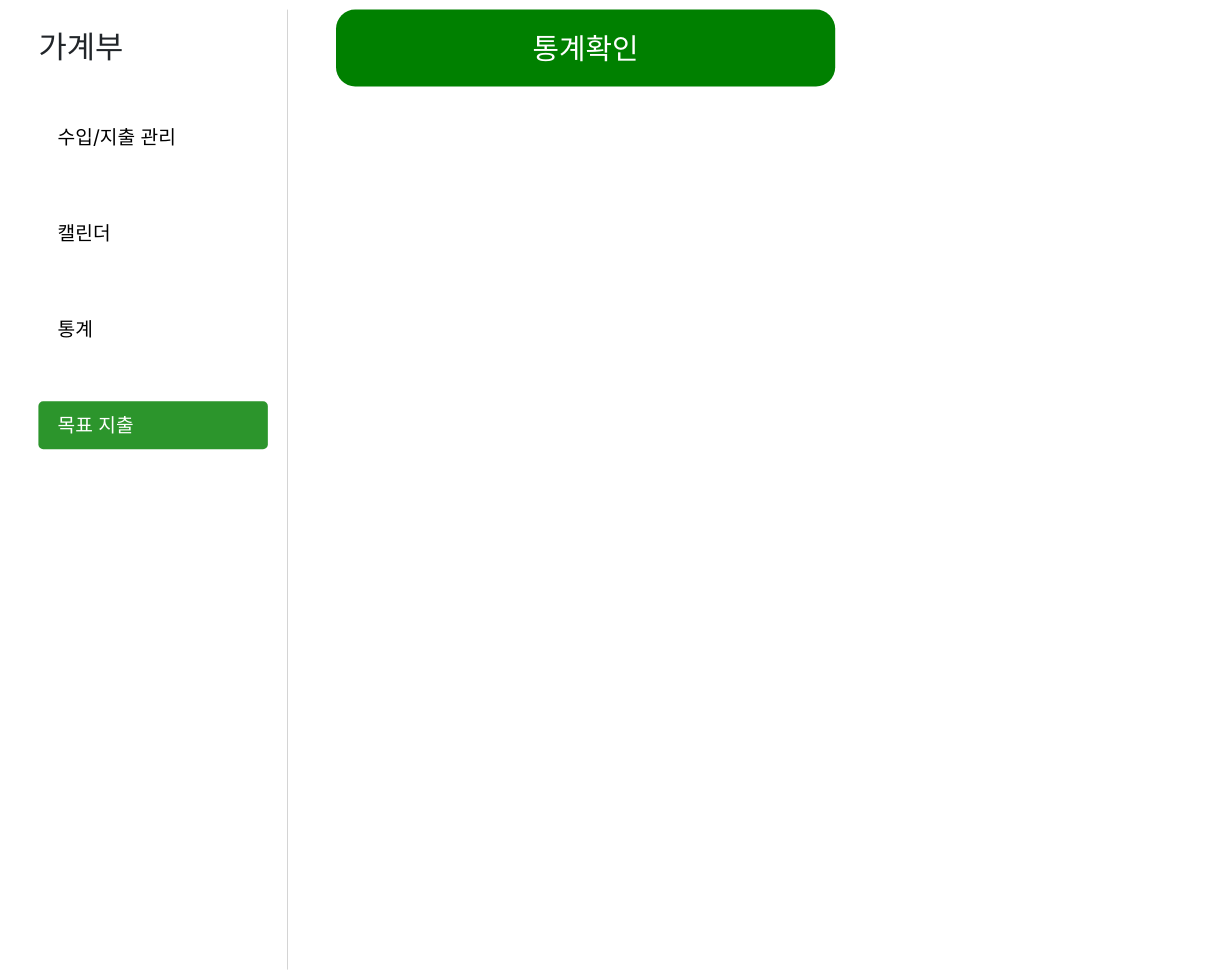
Repository: Hugh-KR/AccountBook
Page: http://localhost/Account_Book/calendar.jsp
An editor plug-in stored every save of this project. The page is shown before and after the next save, followed by the edit.
The browser window is 1280 px wide. The pictures show the whole page, at 96% of full size.
Some icons come from a web library that is not loaded, so they are not drawn. The page is served by Tomcat 9. Nobody is signed in. The application's start-up code is not run.

Above is the page before, as saved 2022-12-10 12:43:02.

After the next save:
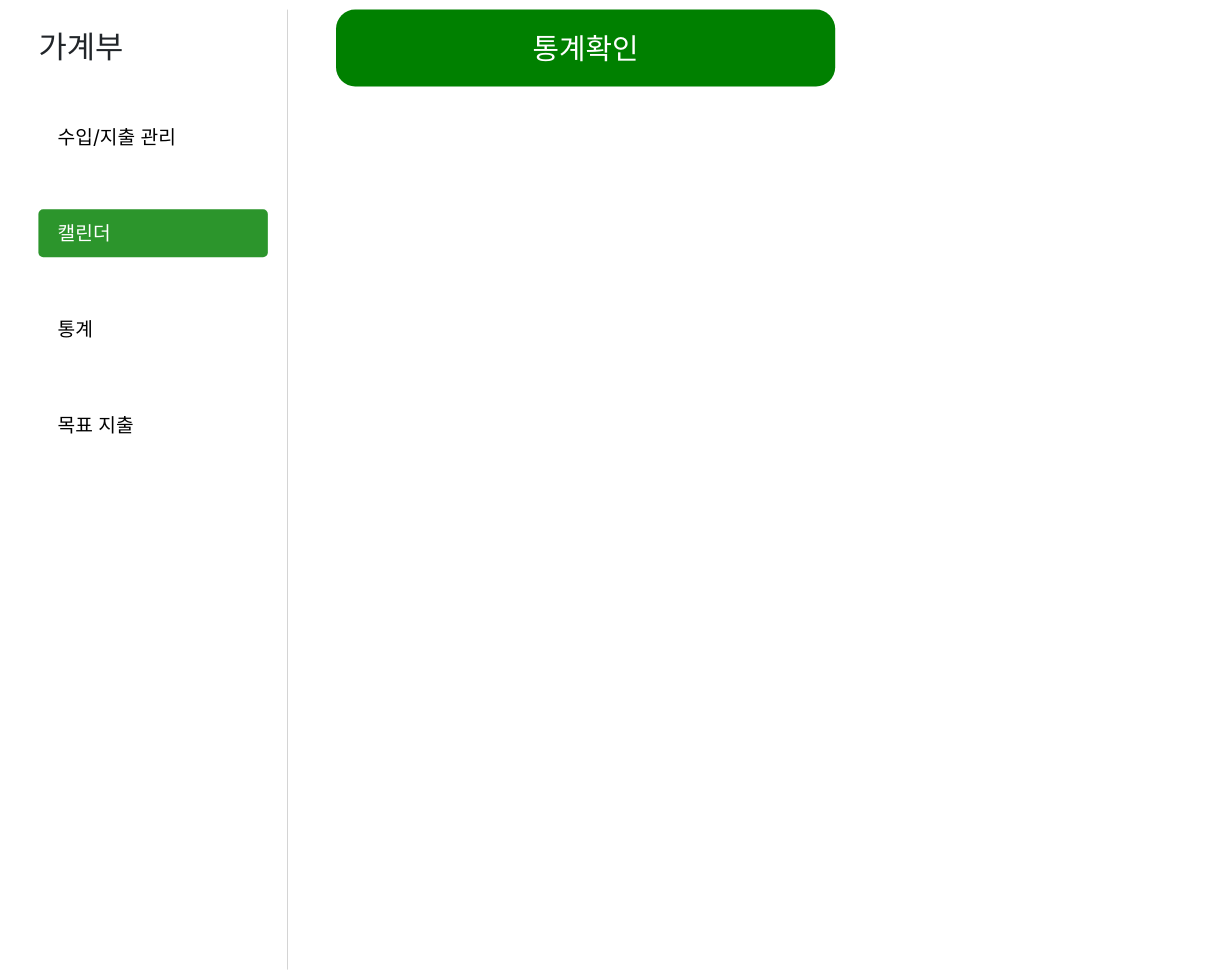
Saved 3 min 30 s later.
--- a/Account_Book/src/main/webapp/calendar.jsp
+++ b/Account_Book/src/main/webapp/calendar.jsp
@@ -53,11 +53,11 @@
 			<ul class="tab-ul">
 				<li><a id="tab1"><i class="fi fi-rr-add"></i>수입/지출
 						관리</a></li>
-				<li><a id="tab2"><i class="fi fi-rs-calendar-check"></i>캘린더</a>
+				<li class="active"><a id="tab2"><i class="fi fi-rs-calendar-check"></i>캘린더</a>
 				</li>
 				<li><a id="tab3"><i class="fi fi-rs-chart-histogram"></i>통계</a>
 				</li>
-				<li class="active"><a id="tab4"><i class="fi fi-rr-coins"></i>목표 지출</a></li>
+				<li ><a id="tab4"><i class="fi fi-rr-coins"></i>목표 지출</a></li>
 			</ul>
 		</div>
 		<div class="content">
